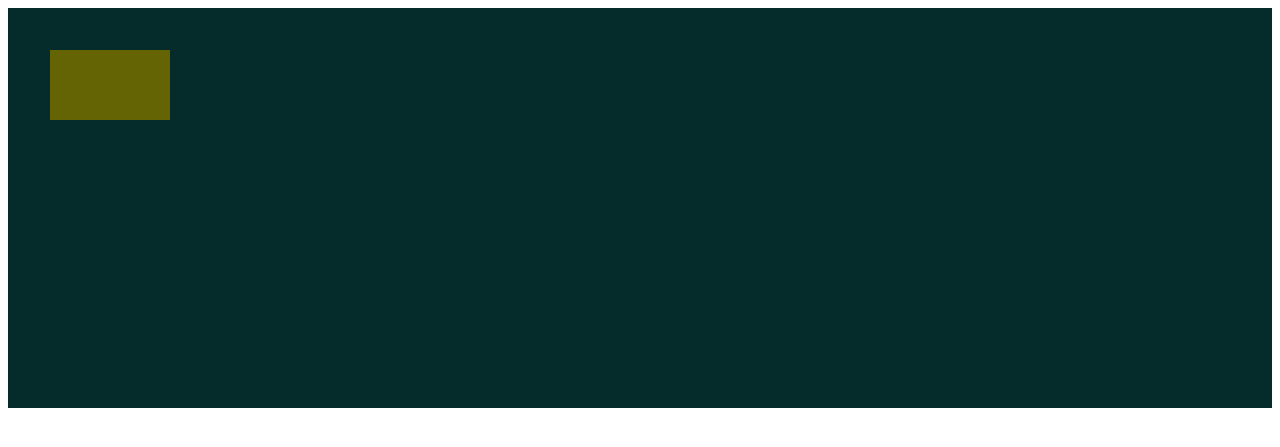
Repository: nmaury/TpsCambodge
Page: InternetProgramming/Css/sample.html
An editor plug-in stored every save of this project. The page is shown before and after the next save, followed by the edit.
The browser window is 1280 px wide. The pictures show the whole page.

Above is the page before, as saved 2022-12-06 02:13:29.

After the next save:
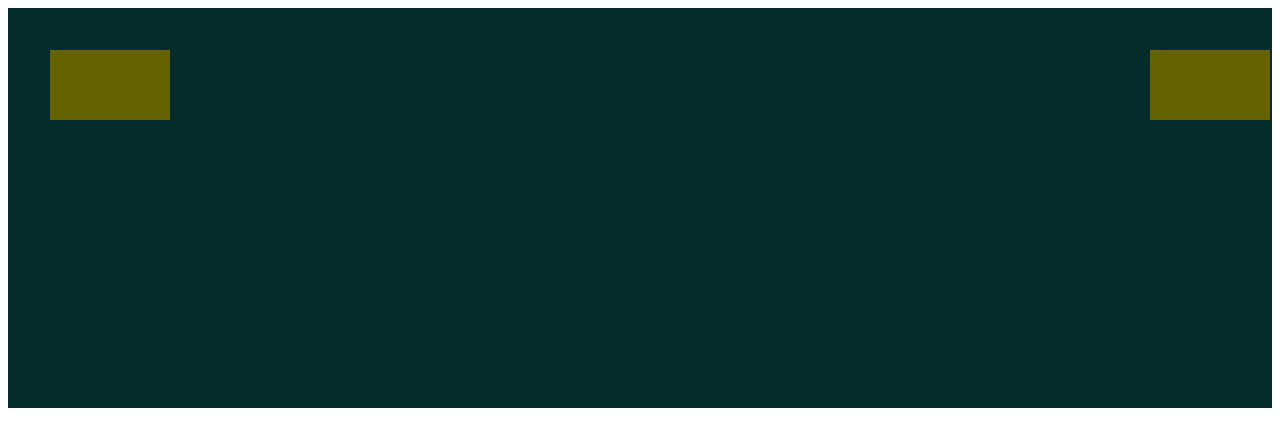
Saved 60 s later.
--- a/InternetProgramming/Css/sample.css
+++ b/InternetProgramming/Css/sample.css
@@ -1,15 +1,3 @@
-.item{
-    background-color: rgb(54,7,148);
-    padding : 10px;
-    width: 100px;
-    height: 50px;
-    color: white;
-    text-align: center;
-    position: fixed;
-    left: 30px;
-    top: 50px;
-    z-index: 2;
-}
 .item1{
     background-color: rgb(100,100,4);
     padding : 10px;
@@ -22,6 +10,42 @@
     top: 50px;
     z-index: 1;
 }
+.item2{
+    background-color: rgb(100,100,4);
+    padding : 10px;
+    width: 100px;
+    height: 50px;
+    color: white;
+    text-align: center;
+    position: absolute;
+    left: 50px;
+    top: 50px;
+    z-index: 1;
+}
+.item3{
+    background-color: rgb(100,100,4);
+    padding : 10px;
+    width: 100px;
+    height: 50px;
+    color: white;
+    text-align: center;
+    position: absolute;
+    left: 50px;
+    top: 50px;
+    z-index: 1;
+}
+.item4{
+    background-color: rgb(100,100,4);
+    padding : 10px;
+    width: 100px;
+    height: 50px;
+    color: white;
+    text-align: center;
+    position: fixed;
+    right: 10px;
+    top: 50px;
+    z-index: 1;
+}
 .parent{
     background-color: rgb(6,43,43);
     width: 100%;
